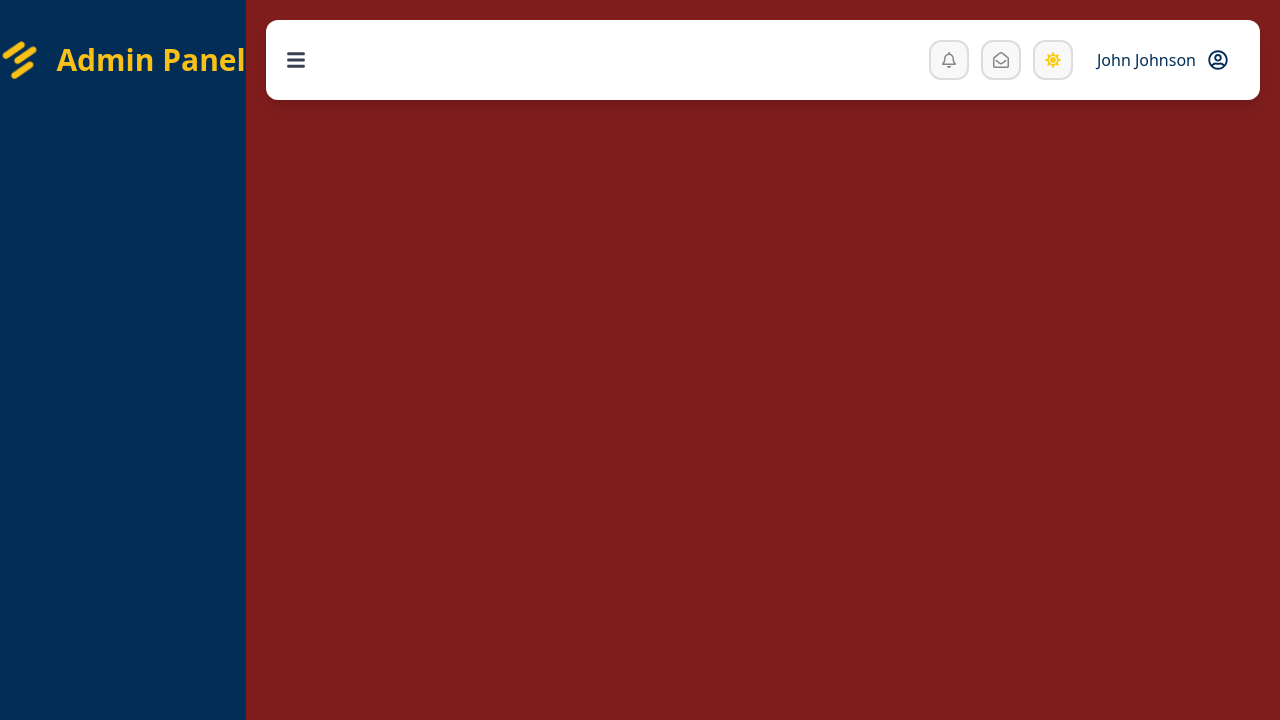
Repository: farrelmuhammad/redesign-bo
Page: /
These files come from the project's save history. The page is drawn as it stood at one moment and after the next save; the edit follows.
The browser window is 1280 px wide. The pictures show the whole page.
The project was rebuilt for these pictures with package versions that can differ from the ones it lists, and the page was loaded fresh each time. Also part of the build but not shown: src/App.css.

Above is the page before, as saved 2024-03-02 19:38:51.

After the next save:
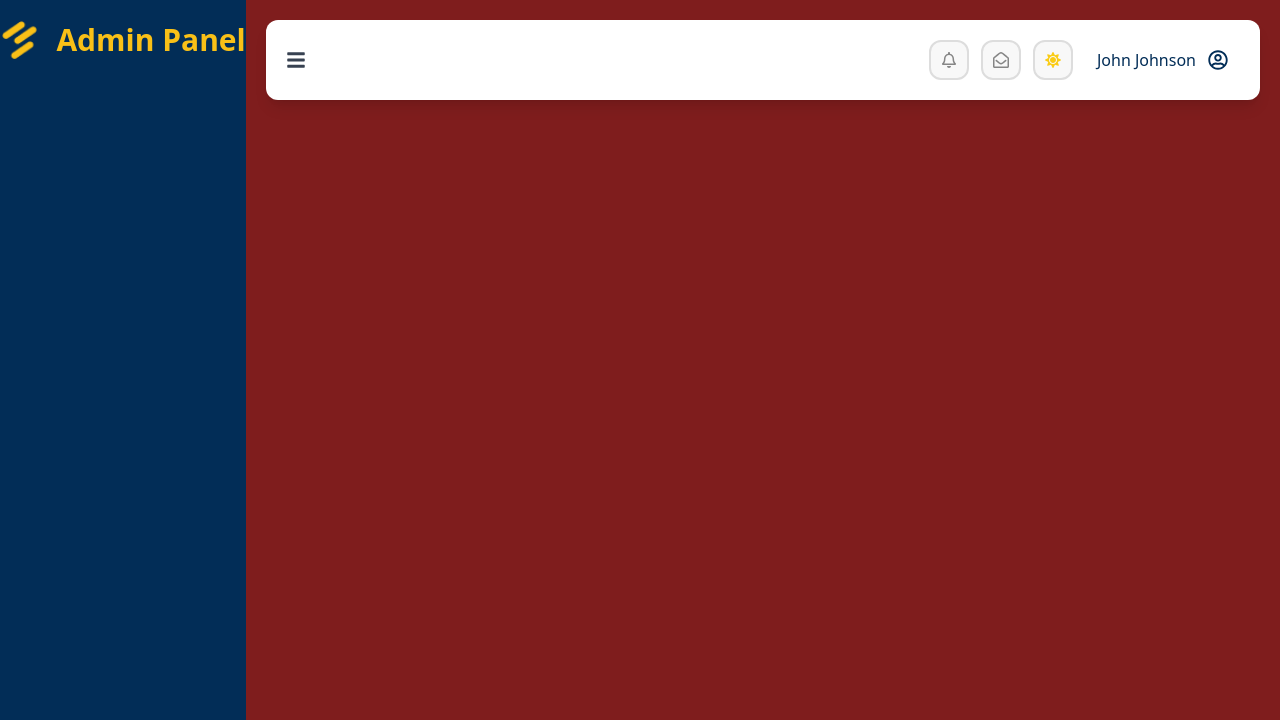
Saved 7 s later.
--- a/src/components/Sidebar.tsx
+++ b/src/components/Sidebar.tsx
@@ -3,7 +3,7 @@
 
 const Sidebar = () => {
   return (
-    <aside className='flex flex-col h-full w-1/4 justify-start items-center bg-[#022D57] py-10'>
+    <aside className='flex flex-col h-full w-1/4 justify-start items-center bg-[#022D57] py-5'>
         <div className="flex flex-row h-10 justify-start gap-4 items-center">
             <img className="h-10 w-10" src={Logo} alt="" />
             <h1 className='font-bold text-3xl text-[#F9C017]'>Admin Panel</h1>

After the save that followed:
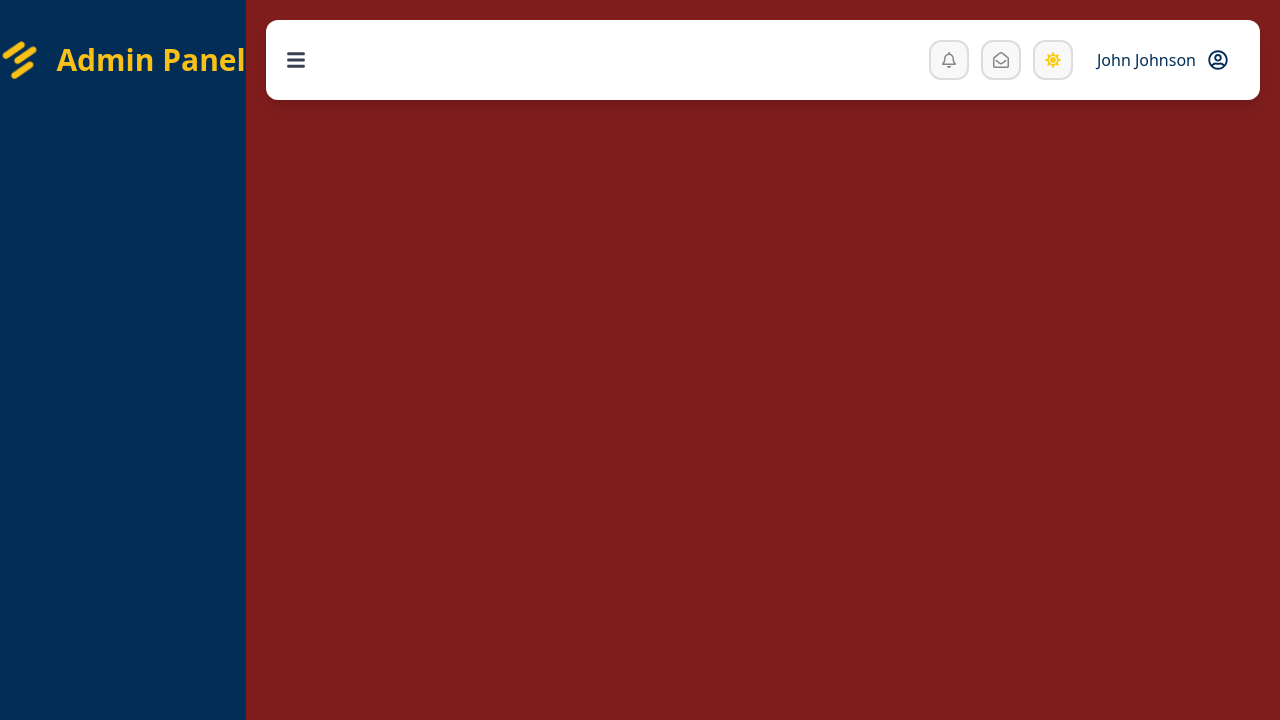
Saved 4 s later.
--- a/src/components/Sidebar.tsx
+++ b/src/components/Sidebar.tsx
@@ -4,7 +4,7 @@
 const Sidebar = () => {
   return (
     <aside className='flex flex-col h-full w-1/4 justify-start items-center bg-[#022D57] py-5'>
-        <div className="flex flex-row h-10 justify-start gap-4 items-center">
+        <div className="flex flex-row h-20 justify-start gap-4 items-center">
             <img className="h-10 w-10" src={Logo} alt="" />
             <h1 className='font-bold text-3xl text-[#F9C017]'>Admin Panel</h1>
         </div>
